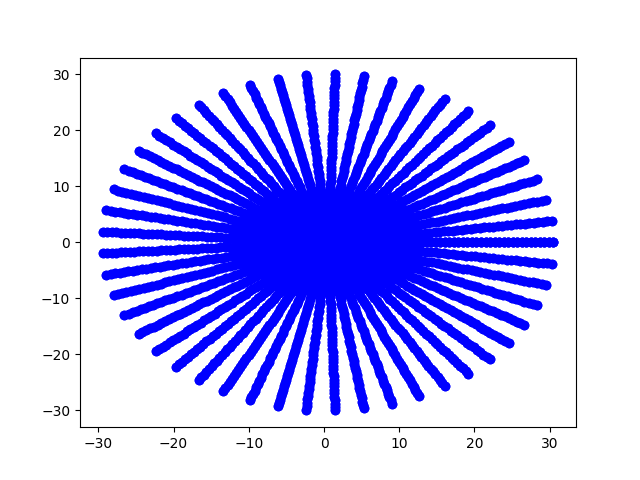
Repository: leiradom/CFDhomework
Script's output: python Laplaceequation/Meshgeneration.py
The author's editor kept a copy of each file at every save. The script's output is drawn from the files as they stood at one save, then again after the next save.
Random numbers start from a fixed seed.

Above is the script's output before, as saved 2021-04-07 14:17:12.

### Laplaceequation/Meshgeneration.py
import math
import numpy as np
import matplotlib.pyplot as plt


# n1 = int(input("请输入翼型表面离散点数"))
# n2 = int(input("请输入近场到远场离散点数"))
#NACA0012表面坐标
#y1 = 0.6 * (-0.1015 * x**4 + 0.2843 * x**3 - 0.3576 * x**2 - 0.1221 * x + 0.2969 * x ** 0.5)
#y2 = -0.6 * (-0.1015 * x**4 + 0.2843 * x**3 - 0.3576 * x**2 - 0.1221 * x + 0.2969 * x ** 0.5)

#沿x轴等间距变化翼型表面,这样不好
'''
for i in range (0,101):
    x = 0.01 *  i
    y1 = 0.6 * (-0.1015 * x**4 + 0.2843 * x**3 - 0.3576 * x**2 - 0.1221 * x + 0.2969 * x ** 0.5)
    y2 = -0.6 * (-0.1015 * x**4 + 0.2843 * x**3 - 0.3576 * x**2 - 0.1221 * x + 0.2969 * x ** 0.5)
    X[i] = x
    Y1[i] = y1
    Y2[i] = y2
plt.plot(X,Y1,'-o')
plt.plot(X,Y2,'-o')
plt.show()
'''

#print(math.cos(60/57.3))  #测试python中使用的是弧度制

n1 = 50  #绕翼型一周的点数
n2 = 50  #从壁面到远场的离散点数

#这里用linspace
Theta = np.linspace(0,2*math.pi,num = n1)
X0 = np.ones(n1)
Y0 = np.ones(n1)
X1 = np.ones(n1)
Y1 = np.ones(n1)
X = np.ones([n1,n2])
Y = np.ones([n1,n2])

for i in range(0,n1):
    X0[i] = 0.5 * (1 + math.cos(Theta[i]))
    if(Theta[i]<math.pi):
        y = 0.6 * (-0.1015 * X0[i]**4 + 0.2843 * X0[i]**3 - 0.3576 * X0[i]**2 - 0.1221 * X0[i] + 0.2969 * X0[i] ** 0.5)
    else:
        y = -0.6 * (-0.1015 * X0[i]**4 + 0.2843 * X0[i]**3 - 0.3576 * X0[i]**2 - 0.1221 * X0[i] + 0.2969 * X0[i] ** 0.5)
    Y0[i] = y
    X1[i] = 30 * math.cos(Theta[i]) + 0.5
    Y1[i] = 30 * math.sin(Theta[i])
    print(X0[i],Y0[i])
    for j in range(0,n2):
        dx = (X1[i] - X0[i]) / (n2 - 1)
        dy = (Y1[i] - Y0[i]) / (n2 - 1)
        X[i][j] = X0[i] + j * dx
        Y[i][j] = Y0[i] + j * dy

for i in range(0,n1):
    plt.plot(X[i][:],Y[i][:],'-o',c='b')
for j in range(0,n2):
    plt.plot(X[:][j],Y[:][j],'-o',c='b')

plt.show()



'''
# 共用一个show()即可
plt.plot(X0,Y0,'-o')
plt.plot(X1,Y1,'-o')
plt.axis('square')
plt.show()



#解Laplace方程
dcy = 1     #求解域的横坐标离散
dyt = 1     #求解域的纵坐标离散

alpha = 000
beta  = 000
gama  = 000


X[i][j] =

Y[i][j] =

'''

After the next save:
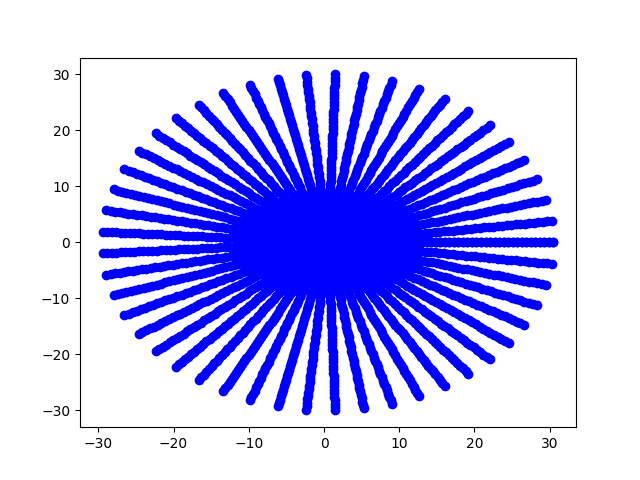
Saved 29 s later.
--- a/Laplaceequation/Meshgeneration.py
+++ b/Laplaceequation/Meshgeneration.py
@@ -55,9 +55,10 @@ for i in range(0,n1):
 
 for i in range(0,n1):
     plt.plot(X[i][:],Y[i][:],'-o',c='b')
+    '''
 for j in range(0,n2):
     plt.plot(X[:][j],Y[:][j],'-o',c='b')
-
+'''
 plt.show()
 
 
